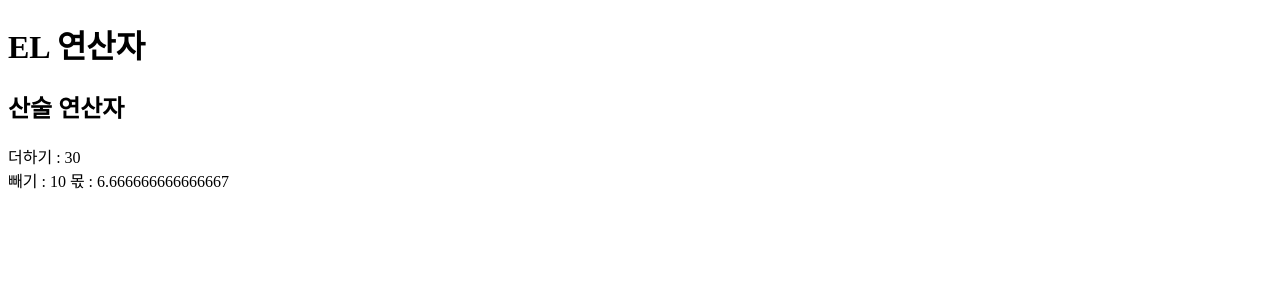
Repository: dnwpdud/WEB_CODES
Page: http://localhost/Web07_EL_JSTL/01_Expression_Language/02_operator.jsp
The author's editor kept a copy of each file at every save. The page is drawn from the files as they stood at one save, then again after the next save.
The browser window is 1280 px wide. The pictures show the whole page.
The page is served by Tomcat 9.

Above is the page before, as saved 2024-04-05 07:14:15.

After the next save:
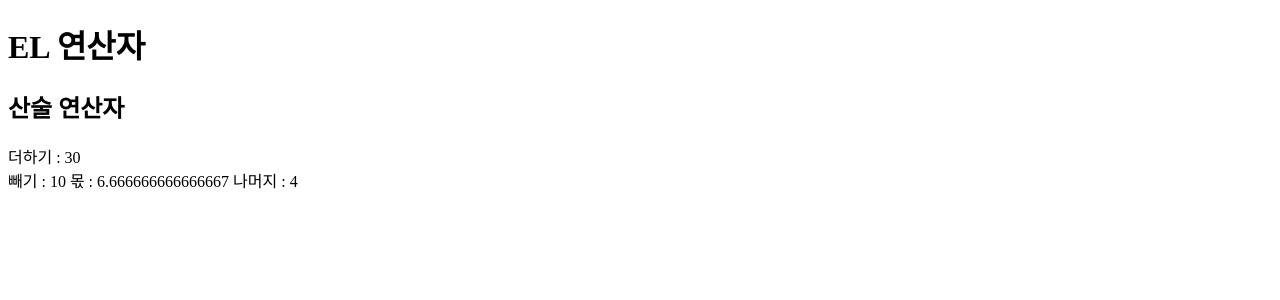
Saved 21 s later.
--- a/Web07_EL_JSTL/src/main/webapp/01_Expression_Language/02_operator.jsp
+++ b/Web07_EL_JSTL/src/main/webapp/01_Expression_Language/02_operator.jsp
@@ -35,7 +35,7 @@
 	더하기 : ${20 + 10}<br>
 	빼기 : ${'20'- '10'}
 	몫 : ${'40' div '6' }
-
+	나머지 : ${40 mod 6 }
 
 </body>
 </html>
